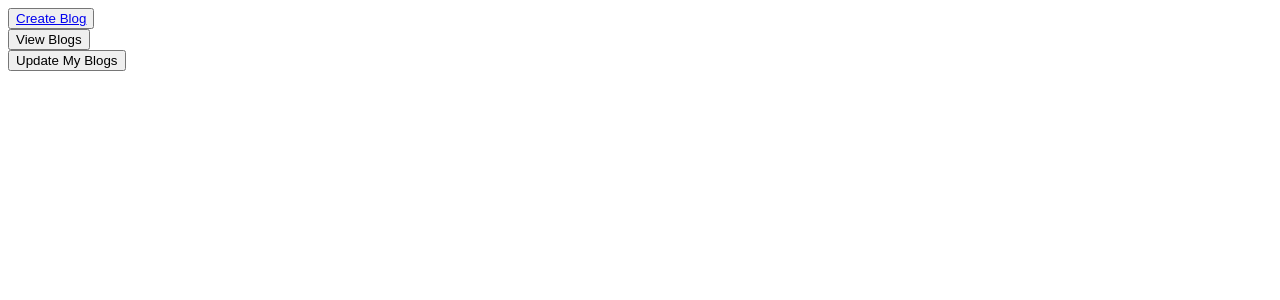
Repository: JamesArul/CLBSiteSTMT
Page: StudentsMeetFrontEnd/WebContent/Friend/FriendHome.html
These files come from the project's save history. The page is drawn as it stood at one moment and after the next save; the edit follows.
The browser window is 1280 px wide. The pictures show the whole page.

Above is the page before, as saved 2017-06-03 08:19:52.

After the next save:
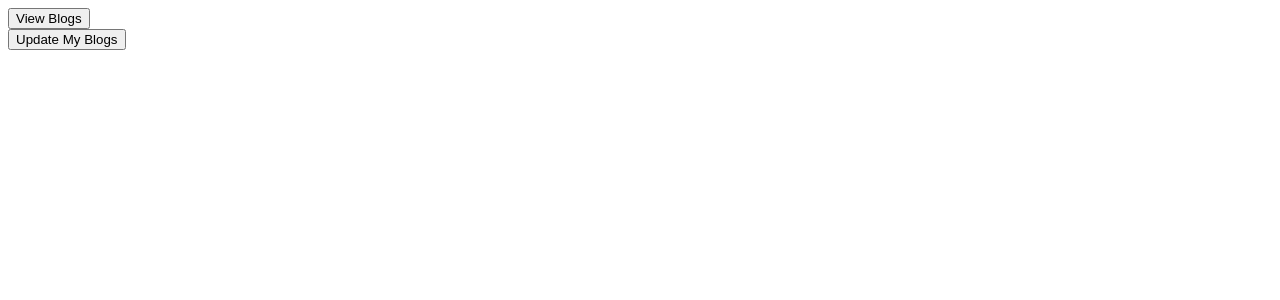
Saved 29 s later.
--- a/StudentsMeetFrontEnd/WebContent/Friend/FriendHome.html
+++ b/StudentsMeetFrontEnd/WebContent/Friend/FriendHome.html
@@ -1,9 +1,5 @@
 <div ng-include="'Common/CommonHeader.html'"></div>
 <div ng-controller="UserController as ctrl">
-<div class="row">
-<div class="col-sm-4">
-<button type="button" class="btn btn-success" onclick=""><a href="#!/goBlogCreate">Create Blog</a></button>
-</div>
 <div class="col-sm-4">
 <button type="button" class="btn btn-success" ng-click="btrl.getBlogs()">View Blogs</button>
 </div>
